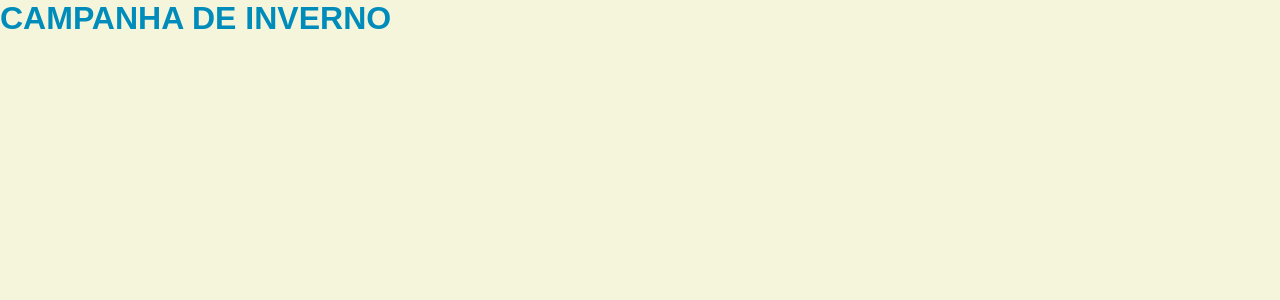
Repository: adrtrvs/qrcodeong
Page: campaignall.html
An editor plug-in stored every save of this project. The page is shown before and after the next save, followed by the edit.
The browser window is 1280 px wide. The pictures show the whole page.
Some web fonts or font styles are not loaded; a fallback is used.

Above is the page before, as saved 2023-05-26 10:12:25.

After the next save:
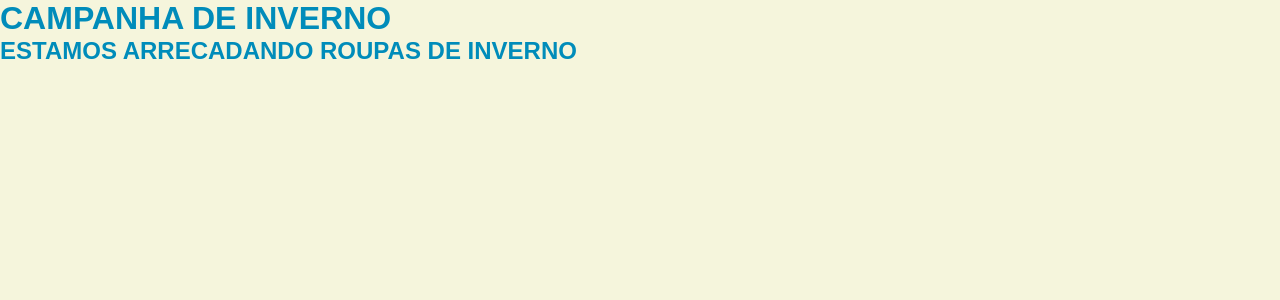
Saved 40 min 2 s later.
--- a/campaignall.html
+++ b/campaignall.html
@@ -14,5 +14,6 @@
   </head>
   <body>
     <h1>Campanha de inverno</h1>
+    <h2>Estamos arrecadando roupas de inverno</h2>
   </body>
 </html>
